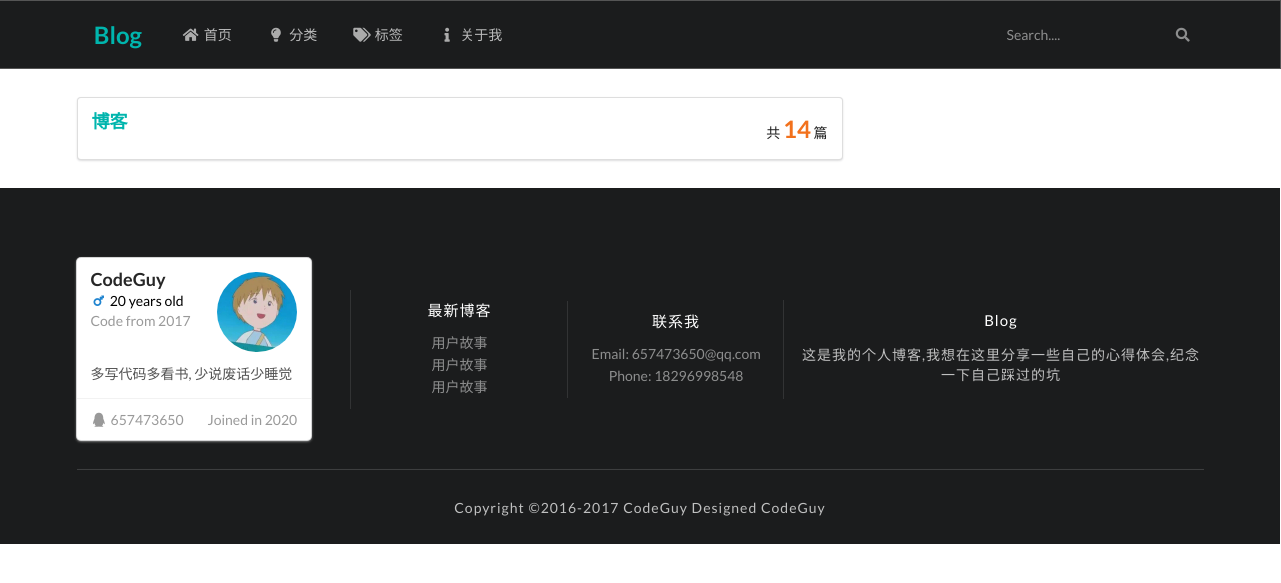
Repository: GOGOHQ/myblog
Page: index.html
The author's editor kept a copy of each file at every save. The page is drawn from the files as they stood at one save, then again after the next save.
The browser window is 1280 px wide. The page is 1281 px wide, so the pictures cover 1281 px, including what lies to the right of the window. The pictures show the whole page.
Some web libraries are served in a nearby version.

Above is the page before, as saved 2020-01-16 18:55:53.

After the next save:
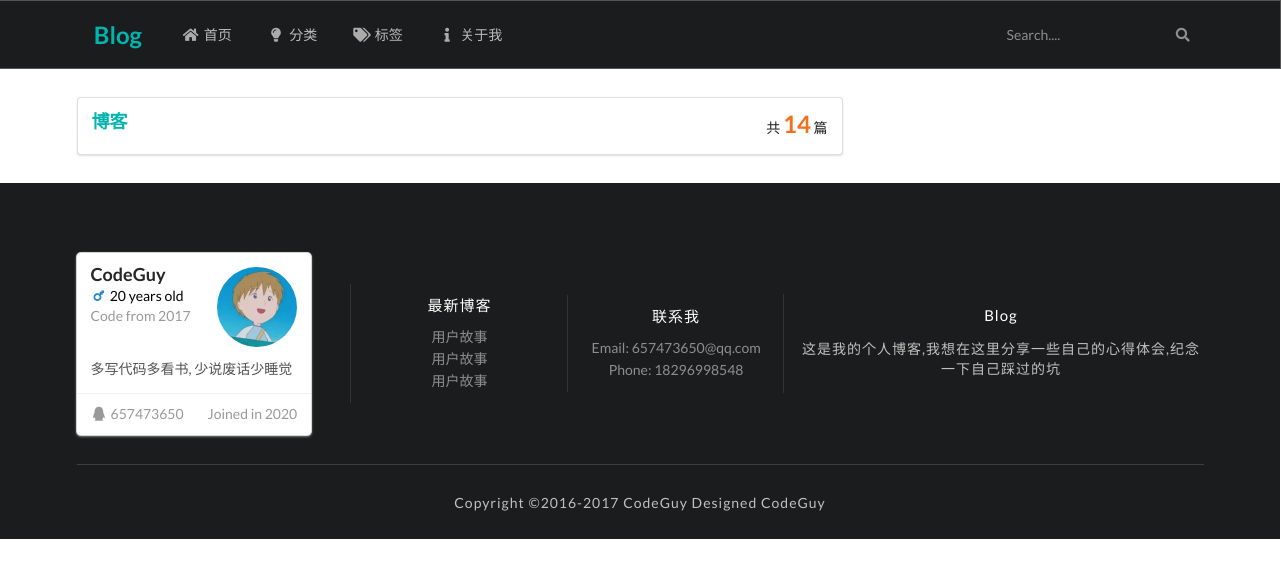
Saved 8 s later.
--- a/index.html
+++ b/index.html
@@ -42,7 +42,7 @@
                         </div>
                         <div class="right aligned column">
                             共
-                            <h2 class="ui orange header m-inline-block" style="margin-top: 2px;">14</h2> 篇
+                            <h2 class="ui orange header m-inline-block">14</h2> 篇
                         </div>
                     </div>
                 </div>
